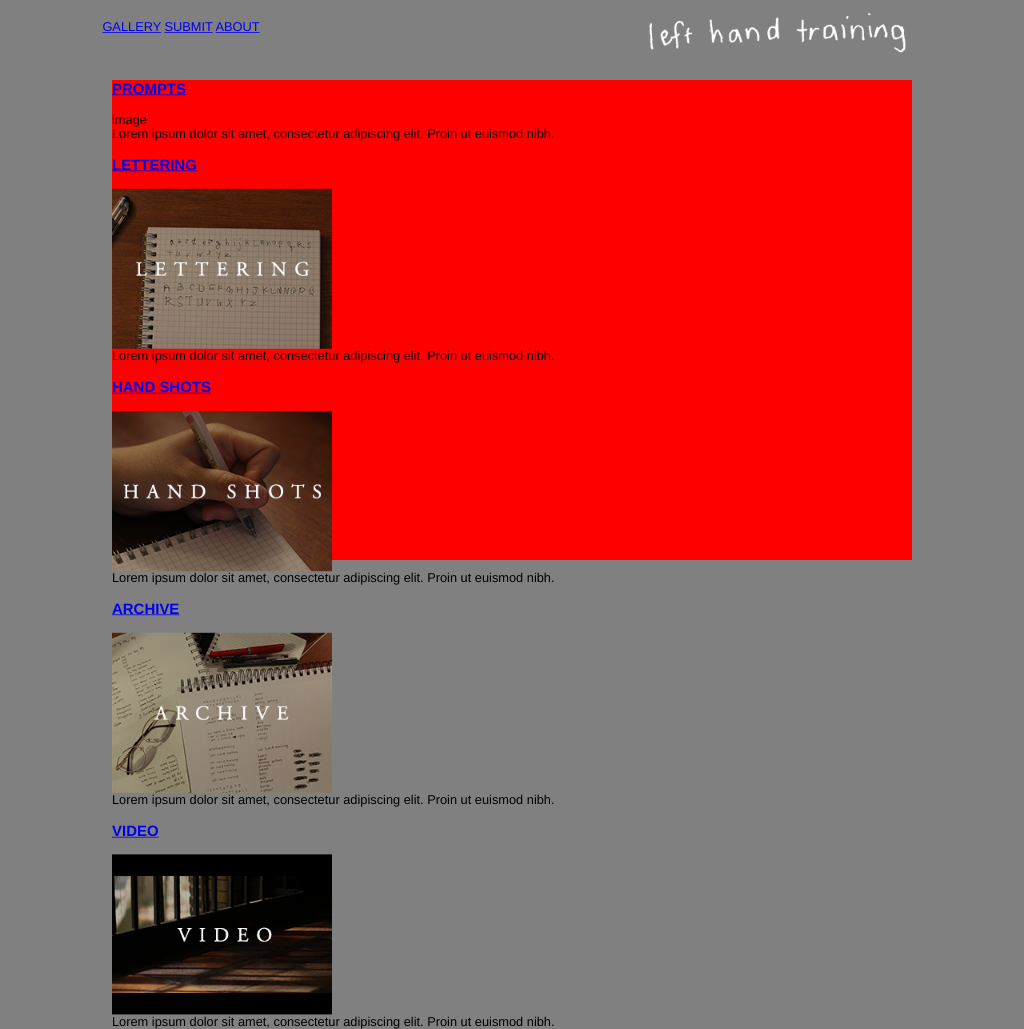
Repository: simonekurtz/simonekurtz.github.io
Page: 3ASGN_Catalog/gallery.html
The author's editor kept a record of every edit. The page is drawn from the files as they stood at one moment, then again after the next edit.
The browser window is 1280 px wide. The pictures show the whole page, at 80% of full size.
Some web libraries are served in a nearby version.

Above is the page before.

After the next edit:
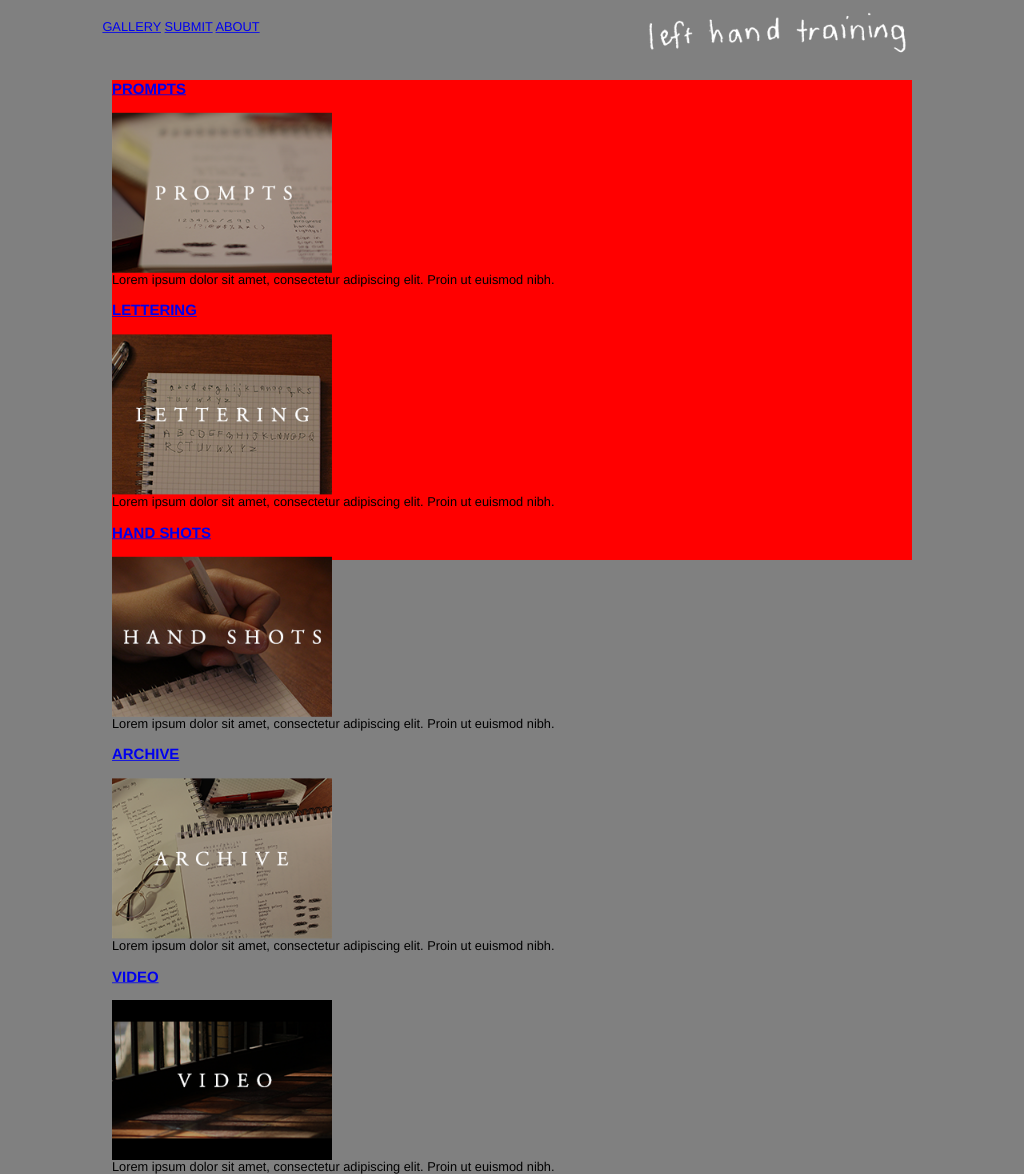
The edit:
--- a/3ASGN_Catalog/gallery.html
+++ b/3ASGN_Catalog/gallery.html
@@ -36,8 +36,7 @@
                 <div class="Gallery1">
                     <h3><a href="prompts.html">PROMPTS</a></h3>
                     <div class="galleryContainer1">
-                        <div class="galleryImage1">
-                            image
+                        <div class="galleryImage1"><img src="images/images/PromptsCover.png">
                         </div>
                         <div class="galleryText">
                         Lorem ipsum dolor sit amet, consectetur adipiscing elit. Proin ut euismod nibh.
